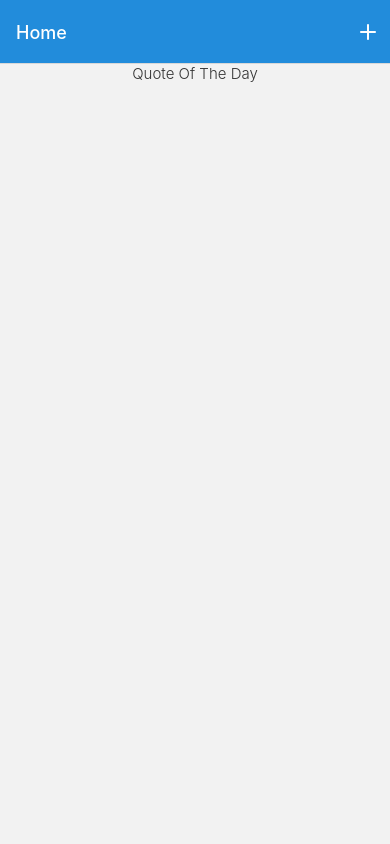
Repository: dev-bot1/-Sigfyn-Software-Development-Engineer-Trainee-Interview-todolist
Screen: /
An editor plug-in stored every save of this project. The screen is shown before and after the next save, followed by the edit.
The app was drawn by React Native's web renderer in a window 390 px wide. The project was rebuilt for these pictures with package versions that can differ from the ones it lists, and the page was loaded fresh each time. Also part of the build but not shown: src/screens/NewScreen.js.

Above is the screen before, as saved 2022-01-18 22:43:51.

### App.js
import 'react-native-gesture-handler';
import React from 'react';
import Toast from 'react-native-toast-message';
import { StyleSheet, Text, View } from 'react-native';
import { createStackNavigator } from '@react-navigation/stack';
import { NavigationContainer } from '@react-navigation/native';
import HomeScreen from './src/screens/HomeScreen';
import NewScreen from './src/screens/NewScreen';
import { Icon } from 'react-native-elements';

const Stack = createStackNavigator();

export default function App() {
  return (
    <NavigationContainer>
      <Stack.Navigator
        screenOptions={{
          headerStyle: {
            backgroundColor: '#228CDB'
          },
              headerTintColor: '#fff'
          }}
        initialRouteName="Home">
        <Stack.Screen
            name="Home"
            component={HomeScreen}
            options={({navigation}) => ({
                headerRight: () => (
                    <Icon
                    name="plus"
                    type="feather"
                    color="#fff"
                    style={style.headerIcon}
                    onPress={() =>navigation.navigate('New')}
                />
            )
            })}
        />
        <Stack.Screen name="New" component={NewScreen} />
      </Stack.Navigator>
      {/* <Toast ref={(ref) => Toast.setRef(ref)} /> */}
    </NavigationContainer>
  );
}
const style = StyleSheet.create({
  headerIcon: {
    marginRight: 10
  }
});

### src/screens/HomeScreen.js
import { useAsyncStorage } from '@react-native-async-storage/async-storage';
import React, { useEffect, useState } from 'react';
import { FlatList, StyleSheet, Text, View } from 'react-native';
import { Card } from 'react-native-elements';
import Toast from 'react-native-toast-message';

export default function HomeScreen ({ navigation }) {
  const { getItem } = useAsyncStorage('todo');
  const [items, setItems] = useState([]);
  const [loading, setLoading] = useState(true);

  function getTodoList () {
    getItem()
      .then((todoJSON) => {
        const todo = todoJSON ? JSON.parse(todoJSON) : [];
        setItems(todo);
        setLoading(false);
      })
      .catch((err) => {
        console.error(err);
        Toast.show({
          type: 'error',
          text1: 'An error occurred',
          position: 'top'
        });
      });
  }

  function renderCard ({item}) {
    return (
      <Card>
        <Card.Title style={styles.cardTitle}>{item.title}</Card.Title>
      </Card>
    )
  }

  useEffect(() => {
    const unsubscribe = navigation.addListener('focus', getTodoList);

    return unsubscribe;
  }, [])

  return (
    <View>
      <FlatList refreshing={loading} onRefresh={getTodoList} style={styles.list} data={items}
        renderItem={renderCard} keyExtractor={(item) => item.id} />
     <Text style={styles.text}>{"Quote Of The Day"}</Text>
    </View>
  )
}

const styles = StyleSheet.create({
  list: {
    width: '100%'
  },
  cardTitle: {
    textAlign: 'left'
  },
  text: {
    textAlign: 'center',
    fontSize:15,
    fontWeight: '300',
    color: '#333',
    marginBottom:20
  }
})

After the next save:
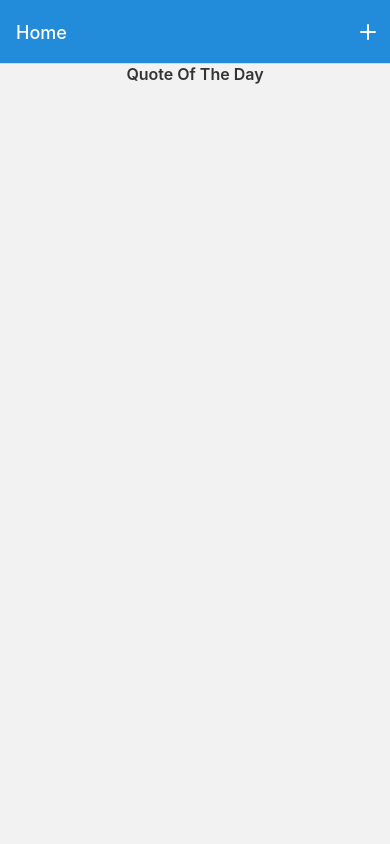
Saved 24 s later.
--- a/src/screens/HomeScreen.js
+++ b/src/screens/HomeScreen.js
@@ -58,8 +58,8 @@ const styles = StyleSheet.create({
   },
   text: {
     textAlign: 'center',
-    fontSize:15,
-    fontWeight: '300',
+    fontSize:16,
+    fontWeight: '600',
     color: '#333',
     marginBottom:20
   }
